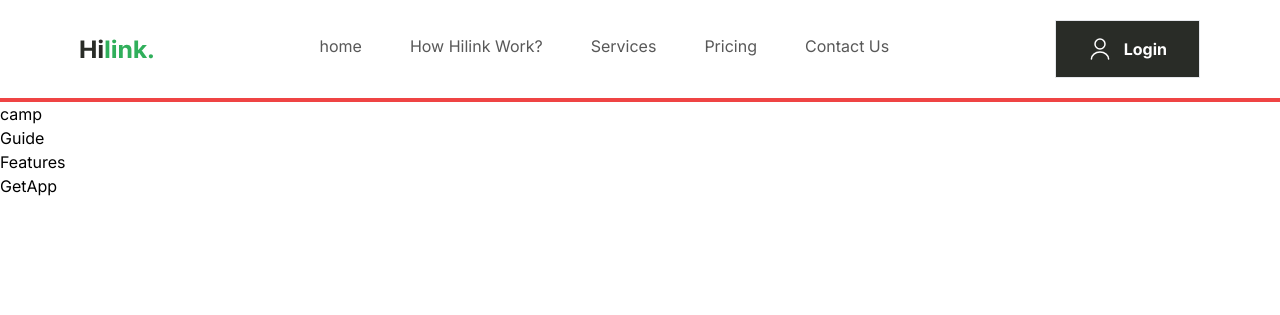
Repository: abdulrahmanmahmood/Travel-App
Page: /
An editor plug-in stored every save of this project. The page is shown before and after the next save, followed by the edit.
The browser window is 1280 px wide. The pictures show the whole page.
The project was rebuilt for these pictures with package versions that can differ from the ones it lists, and the page was loaded fresh each time. The framework's server and built-in components were replaced by stand-ins that run in the browser. Also part of the build but not shown: next.config.js.

Above is the page before, as saved 2023-11-01 13:54:47.

After the next save:
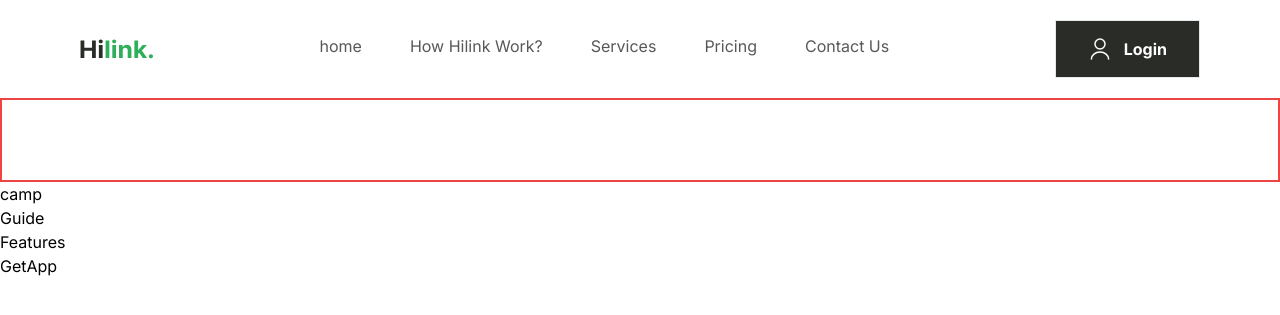
Saved 9 s later.
--- a/components/Hero.tsx
+++ b/components/Hero.tsx
@@ -1,7 +1,7 @@
 function Hero() {
   return (
     <section className="max-container padding-container flex flex-col gap-20
-     border-2 border-red-500"></section>
+    py-10 border-2 border-red-500"></section>
   );
 }
 
